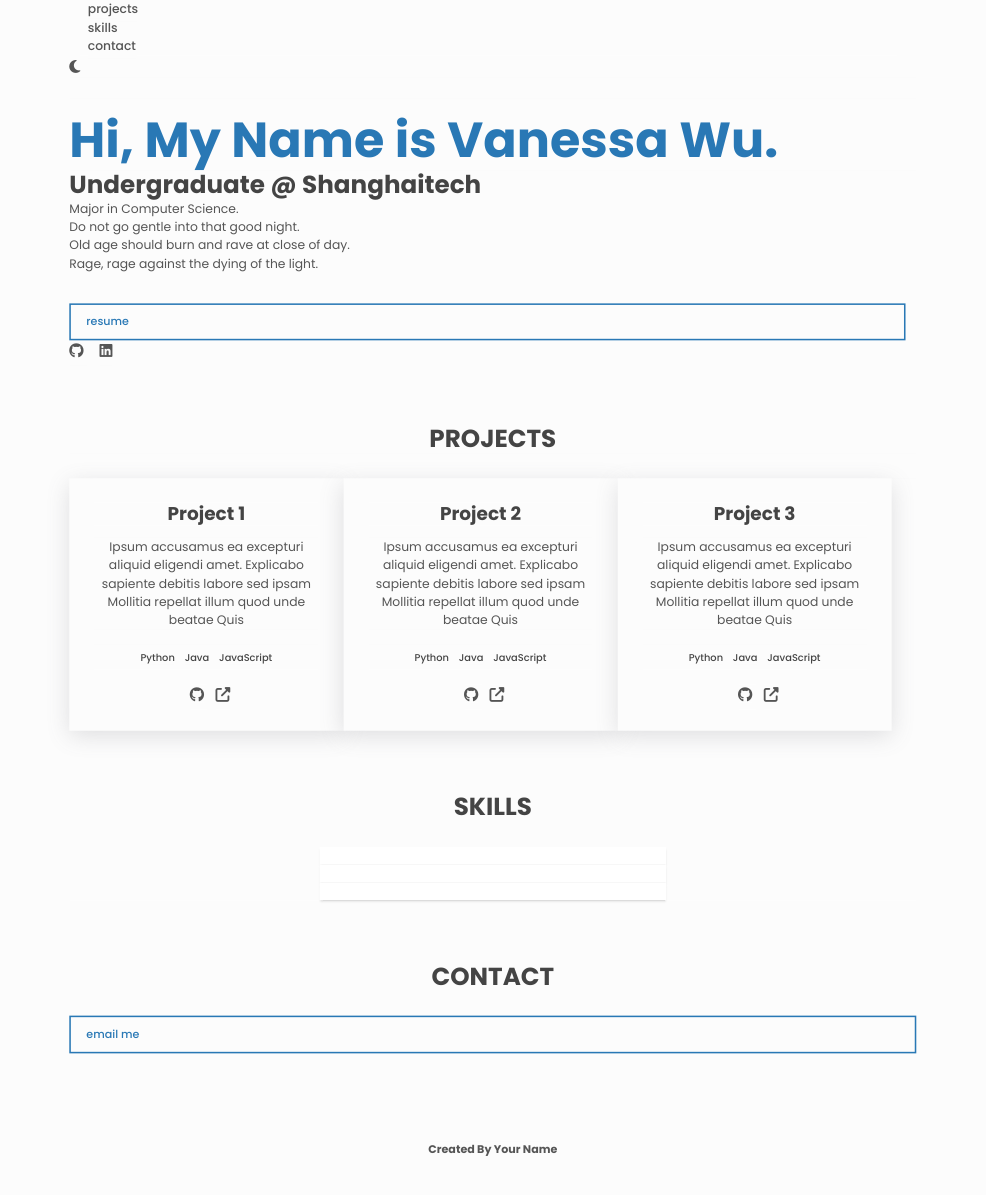
Repository: indiansummer1022/Cubstart
Page: Web Track/hw1/index.html
The author's editor kept a copy of each file at every save. The page is drawn from the files as they stood at one save, then again after the next save.
The browser window is 1280 px wide. The pictures show the whole page, at 77% of full size.
Some web libraries are served in a nearby version.

Above is the page before, as saved 2022-02-16 00:27:56.

### Web Track/hw1/index.html
<!DOCTYPE html>
<html lang="en">

<head>
  <meta charset="UTF-8" />
  <meta name="viewport" content="width=device-width, initial-scale=1" />
  <meta name="description" content="Portfolio" />
  <link rel="preconnect" href="https://fonts.googleapis.com" />
  <link rel="preconnect" href="https://fonts.gstatic.com" crossorigin />
  <link href="https://fonts.googleapis.com/css2?family=Poppins:wght@400;500;700&display=swap" rel="stylesheet" />
  <script src="https://kit.fontawesome.com/fa62c117c7.js" crossorigin="anonymous"></script>
  <!-- BEGIN PART 1 -->
  <link rel="stylesheet" href ="styles.css">
  <title>Vanessa Wu</title>
  <!-- END PART 1 -->
</head>

<body class="light" id="top">
  <header class="header center">
    <!-- BEGIN PART 2 -->
    <h3>
        <a href="/"></a>
    </h3>
    <!-- END PART 2 -->
    <nav class="nav center">
      <ul class="nav__list center">
        <li class="nav__list-item">
          <a class="link link--nav" href="#projects">Projects</a>
        </li>
        <li class="nav__list-item">
          <a class="link link--nav" href="#skills">Skills</a>
        </li>
        <li class="nav__list-item">
          <a class="link link--nav" href="#contact">Contact</a>
        </li>
      </ul>

      <!-- BEGIN PART 5 -->

      <button type="button" aria-label="toggle theme" class="btn btn--icon">
        <i id="btn-theme" class="fas fa-moon"></i>
      </button>

      <!--
        5.1: What does this button tag correspond to on the site?

        Corresponds to the moon icon on top left of the page which to change the light/ dark theme of the website.

      -->

      <button type="button" aria-label="toggle navigation" class="btn btn--icon nav__hamburger">
        <i class="fas fa-bars"></i>
      </button>

      <!--
        5.2: Try Ctrl-F in styles.css and look the class 'nav__hamburger'. You'll notice that it
        appears in 2 places. Why is one of the rules 'display: none' on one instance? How do you
        make it so that this button appears on screen?
        Hint: remember what @media (max-width: 600px) means.

        1. @media (max-width: 600px) is for mobile so hamburger is set to appear on the screen if it is the mobile version.
        The element is hidden if it is the desktop version. [referring: @hannahmcg]
        2. Change 'display: none' to flex so this button will appear.

      -->

      <!-- END PART 5 -->
    </nav>
  </header>

  <main>
    <div class="about center">
      <!-- BEGIN PART 6 -->
      <h1 class="about__name">
        Hi, My Name is Vanessa Wu.
      </h1>
      <h2 class="about_role">
        Undergraduate @ Shanghaitech
      </h2>
      <p class="about-desc">
        Major in Computer Science. <br>
        Do not go gentle into that good night. <br>
        Old age should burn and rave at close of day. <br>
        Rage, rage against the dying of the light. <br>
      </p>
      <!-- END PART 6 -->
      <div class="about__contact center">
        <a href="https://example.com">
          <span class="btn btn--outline">Resume</span>
        </a>

        <a href="https://github.com/" aria-label="github" class="link link--icon">
          <i aria-hidden="true" class="fab fa-github"></i>
        </a>

        <a href="https://linkedin.com/in/" aria-label="linkedin" class="link link--icon">
          <i aria-hidden="true" class="fab fa-linkedin"></i>
        </a>
      </div>
    </div>
    <section id="projects" class="section projects">
      <h2 class="section__title">Projects</h2>
      <div class="projects__grid">
        <!-- BEGIN PART 8 -->
        <div class="project">
          <h3>Project 1</h3>
          <p class="project__description">
            Ipsum accusamus ea excepturi aliquid eligendi amet. Explicabo
            sapiente debitis labore sed ipsam Mollitia repellat illum quod
            unde beatae Quis
          </p>
          <ul class="project__stack">
            <li class="project__stack-item">Python</li>
            <li class="project__stack-item">Java</li>
            <li class="project__stack-item">JavaScript</li>
          </ul>

          <a href="https://github.com" aria-label="source code" class="link link--icon">
            <i aria-hidden="true" class="fab fa-github"></i>
          </a>
          <a href="https://example.com" aria-label="live preview" class="link link--icon">
            <i aria-hidden="true" class="fas fa-external-link-alt"></i>
          </a>
        </div>
        <!-- multiple projects -->
        <div class="project">
          <h3>Project 2</h3>
          <p class="project__description">
            Ipsum accusamus ea excepturi aliquid eligendi amet. Explicabo
            sapiente debitis labore sed ipsam Mollitia repellat illum quod
            unde beatae Quis
          </p>
          <ul class="project__stack">
            <li class="project__stack-item">Python</li>
            <li class="project__stack-item">Java</li>
            <li class="project__stack-item">JavaScript</li>
          </ul>

          <a href="https://github.com" aria-label="source code" class="link link--icon">
            <i aria-hidden="true" class="fab fa-github"></i>
          </a>
          <a href="https://example.com" aria-label="live preview" class="link link--icon">
            <i aria-hidden="true" class="fas fa-external-link-alt"></i>
          </a>
        </div>
        <!-- multiple projects -->
        <div class="project">
          <h3>Project 3</h3>
          <p class="project__description">
            Ipsum accusamus ea excepturi aliquid eligendi amet. Explicabo
            sapiente debitis labore sed ipsam Mollitia repellat illum quod
            unde beatae Quis
          </p>
          <ul class="project__stack">
            <li class="project__stack-item">Python</li>
            <li class="project__stack-item">Java</li>
            <li class="project__stack-item">JavaScript</li>
          </ul>

          <a href="https://github.com" aria-label="source code" class="link link--icon">
            <i aria-hidden="true" class="fab fa-github"></i>
          </a>
          <a href="https://example.com" aria-label="live preview" class="link link--icon">
            <i aria-hidden="true" class="fas fa-external-link-alt"></i>
          </a>
        </div>
        <!-- END PART 8 -->
      </div>
    </section>


    <section class="section skills" id="skills">
      <!-- BEGIN PART 10 -->
      <h2 class="section__title">Skills</h2>
      <ul class="skills__list">
        <li class="skills__list-item btn btn--plain"></li>
        <li class="skills__list-item btn btn--plain"></li>
        <li class="skills__list-item btn btn--plain"></li>
      </ul>
      <!-- END PART 10 -->
    </section>
    <section class="section contact center" id="contact">
      <h2 class="section__title">Contact</h2>
      <a href="mailto:youremail@gmail.com">
        <span class="btn btn--outline">Email me</span>
      </a>
    </section>
  </main>

  <footer class="footer">
    <!-- BEGIN PART 12 -->
    <a href="/" class="link footer__link">
      Created By Your Name
    </a>
    <!-- END PART 12 -->
  </footer>


  <div class="scroll-container">
    <div class="scroll-top">
      <a aria-label="Scroll up" href="#top">
        <i aria-hidden="true" class="fas fa-arrow-up"></i>
      </a>
    </div>
  </div>
  <script src="./script.js"></script>
</body>

</html>

### Web Track/hw1/styles.css
/*===============
  global styles
===============*/

* {
  padding: 0;
  margin: 0;
  border: 0;
  outline: 0;
  background-color: inherit;
  color: inherit;
  font-family: inherit;
  font-size: inherit;
  box-shadow: none;
  box-sizing: border-box;
}

html {
  scroll-behavior: smooth;
}

body {
  font-family: "Poppins", sans-serif;
  line-height: 1.5;
  color: var(--clr-fg);
  background-color: var(--clr-bg);
}

.light {
  --clr-bg: #fcfcfc;
  --clr-bg-alt: #fff;
  --clr-fg: #555;
  --clr-fg-alt: #444;
  --clr-primary: #2978b5;
  --shadow: rgba(100, 100, 111, 0.2) 0px 7px 29px 0px;
}

.dark {
  --clr-bg: #23283e;
  --clr-bg-alt: #2a2f4c;
  --clr-fg: #bdbddd;
  --clr-fg-alt: #cdcdff;
  --clr-primary: #90a0d9;
  --shadow: rgba(0, 0, 0, 0.16) 0px 10px 36px 0px,
    rgba(0, 0, 0, 0.06) 0px 0px 0px 1px;
}

::-moz-selection {
  background: var(--clr-primary);
  color: var(--clr-bg);
}

::-webkit-selection,
::selection {
  background: var(--clr-primary);
  color: var(--clr-bg);
}

h1,
h2,
h3,
h4 {
  line-height: 1.2;
  color: var(--clr-fg-alt);
}

h1 {
  font-size: 4rem;
}

h2 {
  font-size: 2rem;
}

h3 {
  font-size: 1.5rem;
}

h4 {
  font-size: 1.3rem;
}

ul {
  list-style-type: none;
}

a {
  text-decoration: none;
}

button {
  cursor: pointer;
}

@media (max-width: 900px) {
  h1 {
    font-size: 2.6rem;
  }
}

/*===================
  buttons and links
===================*/

.link {
  color: var(--clr-primary);
  padding: 0 0 0.3em 0;
  position: relative;
}

.link:hover {
  color: var(--clr-primary);
}

/* BEGIN PART 4 */

.link::before {
  content: "";
  display: inline;
  width: 0%;
  height: 0.2em;
  position: absolute;
  bottom: 0;
  background-color: var(--clr-primary);
  /* transition: */
}

.link:hover::before,
.link:focus::before {
  width: 100%;
  transition: property width, duration 5s, timing-function ease-in;
}

/* END PART 4 */

.link--nav {
  color: var(--clr-fg);
  text-transform: lowercase;
  font-weight: 500;
}

.link--icon {
  color: var(--clr-fg);
  font-size: 1.2rem;
}

.btn {
  display: block;
  padding: 0.8em 1.4em;
  font-weight: 500;
  font-size: 0.9rem;
  text-transform: lowercase;
  transition: transform 0.2s ease-in-out;
}

.btn--outline {
  color: var(--clr-primary);
  border: 2px solid var(--clr-primary);
  position: relative;
  overflow: hidden;
  z-index: 1;
}

.btn--outline:focus,
.btn--outline:hover {
  color: var(--clr-bg);
}

.btn--outline:before {
  content: "";
  position: absolute;
  background-color: var(--clr-primary);
  right: 100%;
  bottom: 0;
  left: 0;
  top: 0;
  z-index: -1;
  transition: right 0.2s ease-in-out;
}

.btn--outline:hover::before,
.btn--outline:focus::before {
  right: 0;
}

.btn--plain {
  text-transform: initial;
  background-color: var(--clr-bg-alt);
  box-shadow: rgba(0, 0, 0, 0.15) 0px 3px 3px 0px;
  border: 0;
}

.btn--plain:hover {
  transform: translateY(-4px);
}

.btn--icon {
  padding: 0;
  font-size: 1.2rem;
}

.btn--icon:hover,
.btn--icon:focus {
  color: var(--clr-primary);
}

.btn--icon:active {
  transform: translateY(-5px);
}

/*========
  layout
========*/

/* BEGIN PART 3 */

.center {
  justify-content: center;
  flex-direction: column;
}

.header {
  height: 8em;
  max-width: 1100px;
  width: 95%;
  margin: 0 auto;
  /* justify-content: */
  justify-content: space-around;
}

/* END PART 3 */

main {
  max-width: 1100px;
  width: 95%;
  margin: 0 auto;
}

.section {
  margin-top: 5em;
}

.section__title {
  text-align: center;
  margin-bottom: 1em;
  text-transform: uppercase;
}

.nav__list {
  margin-right: 1.5em;
  display: flex;
}

.nav__list-item {
  margin-left: 1.5em;
}

.nav__hamburger {
  display: none;
  width: 1em;
}

/* BEGIN PART 7 */

.about {
  flex-direction: column;
  margin-top: 1em;
}

/* END PART 7 */

.about__name {
  color: var(--clr-primary);
}

.about__role {
  margin-top: 1.2em;
}

.about__desc {
  font-size: 1rem;
  max-width: 600px;
}

.about__desc,
.about__contact {
  margin-top: 2.4em;
}

.about .link--icon {
  margin-right: 0.8em;
}

.about .btn--outline {
  margin-right: 1em;
}

/* BEGIN PART 9 */

.projects__grid {
  max-width: 1100px;
  margin: 0 auto;
  /* display: */
  display: grid;
  /* grid-template-columns: */
  grid-template-columns: repeat(auto-fit, calc(100% / 3 - 1em * 2 / 3));
  /* grid-gap: */
}

/* END PART 9 */

.project {
  padding: 2em;
  margin: 0 auto;
  text-align: center;
  box-shadow: var(--shadow);
  transition: transform 0.2s linear;
}

.project:hover {
  transform: translateY(-7px);
}

.project__description {
  margin-top: 1em;
}

.project__stack {
  display: flex;
  flex-wrap: wrap;
  justify-content: center;
  margin: 1.2em 0;
}

.project__stack-item {
  margin: 0.5em;
  font-weight: 500;
  font-size: 0.8rem;
  color: var(--clr-fg-alt);
}

.project .link--icon {
  margin-left: 0.5em;
}

/* BEGIN PART 11 */

.skills__list {
  max-width: 450px;
  width: 95%;
  margin: 0 auto;
  /* display: */
  /* flex-wrap: */
  /* justify-content: */
}

.skills__list-item {
}

/* END PART 11 */

.contact {
  flex-direction: column;
}

.footer {
  padding: 3em 0;
  margin-top: 4em;
  text-align: center;
}

.footer__link {
  font-size: 0.9rem;
  font-weight: 700;
  color: var(--clr-fg);
}

.scroll-top {
  display: none;
  position: fixed;
  bottom: 1em;
  right: 2em;
  background-color: transparent;
  font-size: 1.8rem;
  transition: transform 0.2s ease-in-out;
}

@media (max-width: 600px) {
  .header {
    height: 6em;
  }

  .section {
    margin-top: 4em;
  }

  .nav__list {
    flex-direction: column;
    padding: 4em 0;
    position: absolute;
    right: 0;
    left: 0;
    top: 5em;
    background-color: var(--clr-bg);
    width: 0;
    overflow: hidden;
    transition: width 0.2s ease-in-out;
  }

  .display-nav-list {
    width: 100%;
  }

  .nav__list-item {
    margin: 0.5em 0;
  }

  .nav__hamburger {
    display: flex;
    margin-left: 0.8em;
  }

  .about {
    align-items: flex-start;
    margin-top: 2em;
  }

  .footer {
    padding: 2em;
    margin-top: 3em;
  }

  .scroll-container {
    display: none;
  }
}

### Web Track/hw1/script.js
const body = document.body

const btnTheme = document.querySelector('.fa-moon')
const btnHamburger = document.querySelector('.fa-bars')

const addThemeClass = (bodyClass, btnClass) => {
  body.classList.add(bodyClass)
  btnTheme.classList.add(btnClass)
}

const getBodyTheme = localStorage.getItem('portfolio-theme')
const getBtnTheme = localStorage.getItem('portfolio-btn-theme')

addThemeClass(getBodyTheme, getBtnTheme)

const isDark = () => body.classList.contains('dark')

const setTheme = (bodyClass, btnClass) => {

	body.classList.remove(localStorage.getItem('portfolio-theme'))
	btnTheme.classList.remove(localStorage.getItem('portfolio-btn-theme'))

  addThemeClass(bodyClass, btnClass)

	localStorage.setItem('portfolio-theme', bodyClass)
	localStorage.setItem('portfolio-btn-theme', btnClass)
}

const toggleTheme = () =>
	isDark() ? setTheme('light', 'fa-moon') : setTheme('dark', 'fa-sun')

btnTheme.addEventListener('click', toggleTheme)

const displayList = () => {
	const navUl = document.querySelector('.nav__list')

	if (btnHamburger.classList.contains('fa-bars')) {
		btnHamburger.classList.remove('fa-bars')
		btnHamburger.classList.add('fa-times')
		navUl.classList.add('display-nav-list')
	} else {
		btnHamburger.classList.remove('fa-times')
		btnHamburger.classList.add('fa-bars')
		navUl.classList.remove('display-nav-list')
	}
}

btnHamburger.addEventListener('click', displayList)

const scrollUp = () => {
	const btnScrollTop = document.querySelector('.scroll-top')

	if (
		body.scrollTop > 500 ||
		document.documentElement.scrollTop > 500
	) {
		btnScrollTop.style.display = 'block'
	} else {
		btnScrollTop.style.display = 'none'
	}
}

document.addEventListener('scroll', scrollUp)

After the next save:
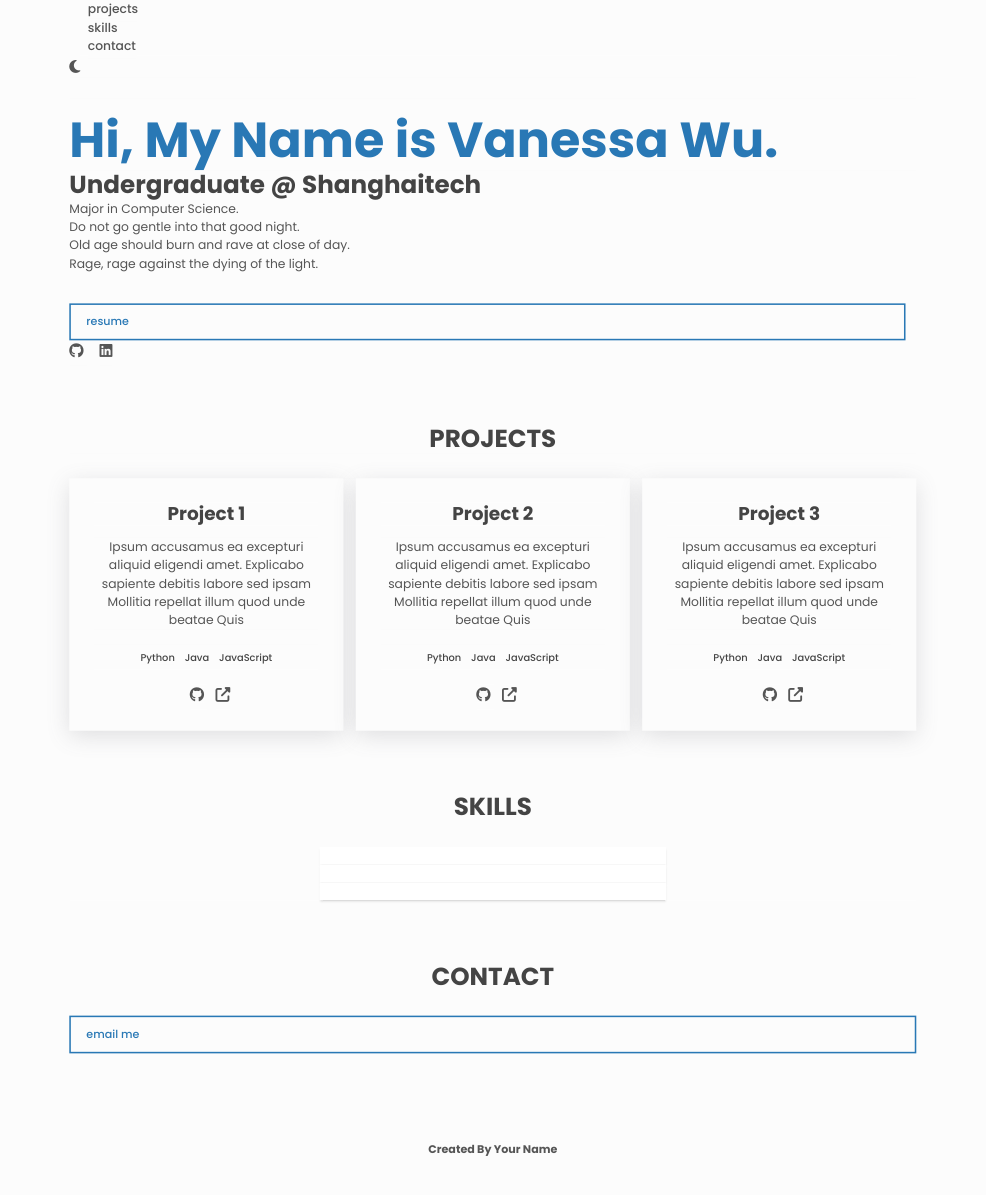
Saved 20 s later.
--- a/Web Track/hw1/styles.css
+++ b/Web Track/hw1/styles.css
@@ -305,6 +305,7 @@ main {
   /* grid-template-columns: */
   grid-template-columns: repeat(auto-fit, calc(100% / 3 - 1em * 2 / 3));
   /* grid-gap: */
+  grid-gap: 1em;
 }
 
 /* END PART 9 */
